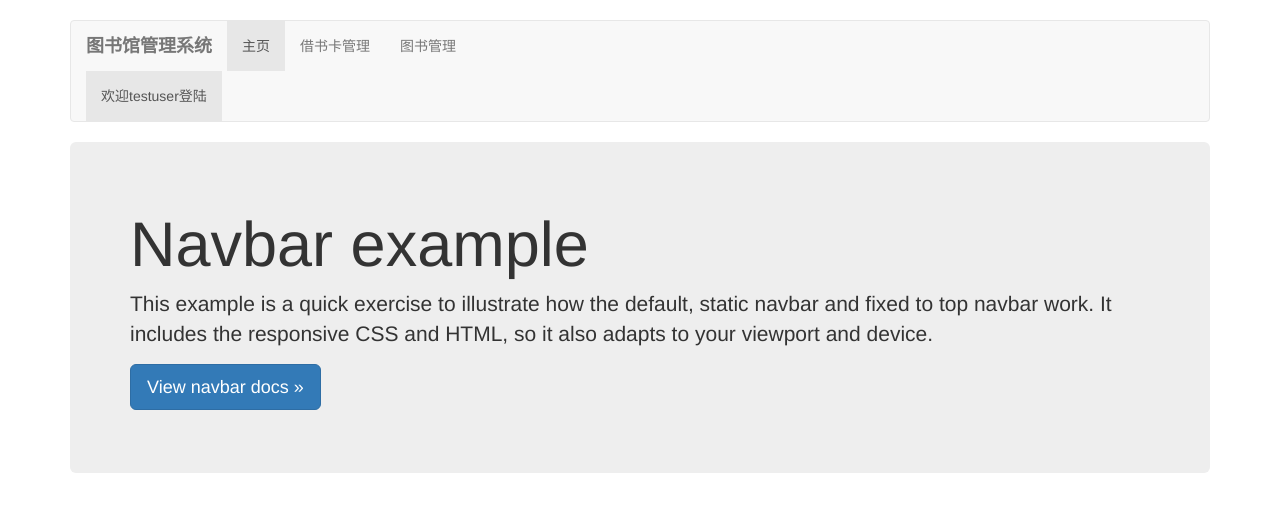
Repository: chaice/code
Page: http://localhost/web5/home
An editor plug-in stored every save of this project. The page is shown before and after the next save, followed by the edit.
The browser window is 1280 px wide. The pictures show the whole page.
Some web libraries are served in a nearby version. The page is served by Tomcat 9. The session is filled in as if someone had signed in: {"username": "testuser"}.

Above is the page before, as saved 2016-06-01 08:15:53.

After the next save:
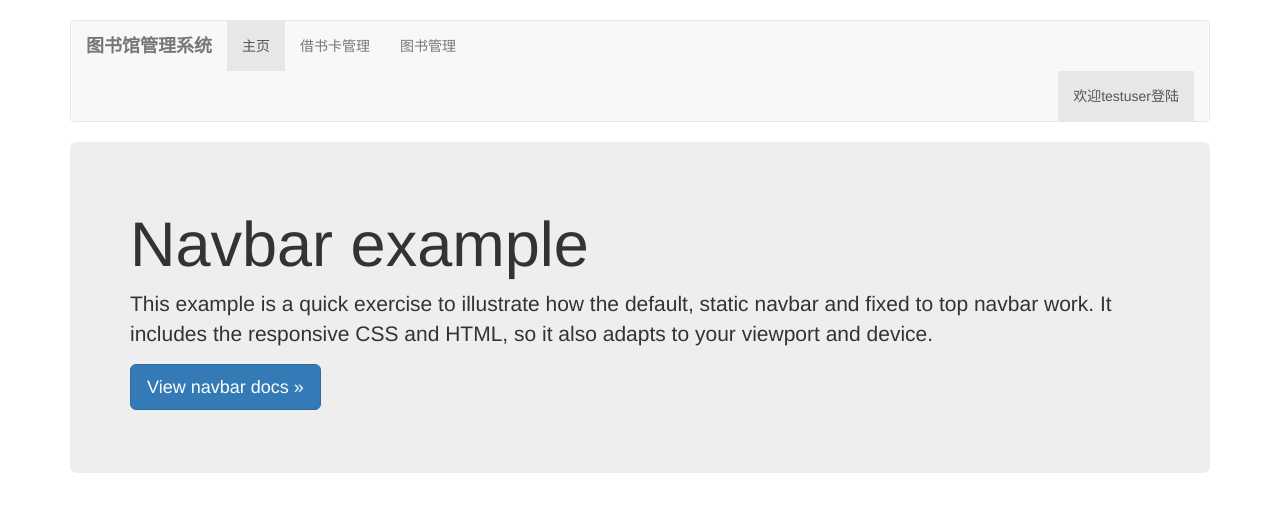
Saved 48 s later.
--- a/web5/WebContent/WEB-INF/views/head.jsp
+++ b/web5/WebContent/WEB-INF/views/head.jsp
@@ -34,6 +34,6 @@ body {
 						<li><a href="/book">图书管理</a></li>
 					</ul>
 				</div>
-				<div><ul class="nav navbar-nav"><li><a>欢迎<%=name%>登陆</a></li></ul></div>
+				<div><ul class="nav navbar-nav" style="float:right"><li><a>欢迎<%=name%>登陆</a></li></ul></div>
 			</div>
 		</nav>
